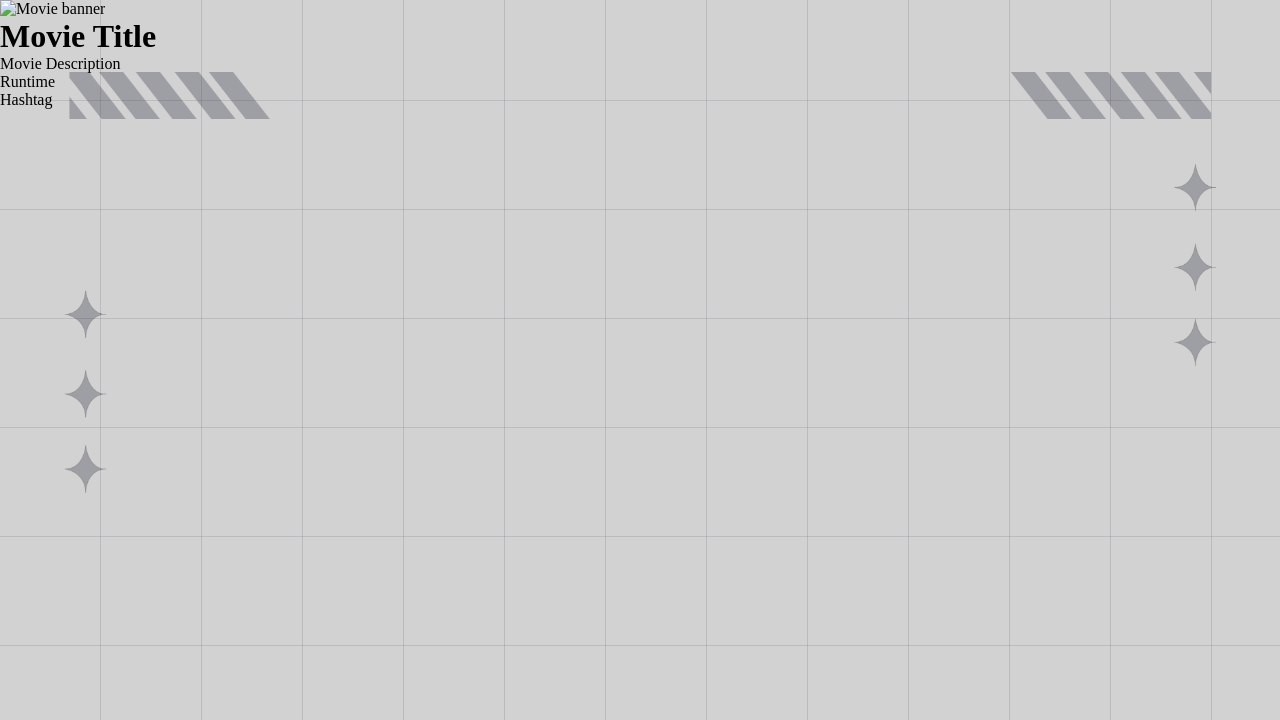
Repository: PEEZYBEE/Movies
Page: index.html
The author's editor kept a copy of each file at every save. The page is drawn from the files as they stood at one save, then again after the next save.
The browser window is 1280 px wide. The pictures show the whole page.
The page's requests for data from a server got no answer.

Above is the page before, as saved 2025-03-25 20:34:53.

### index.html
<!DOCTYPE html>
 <html lang="en">
 <head>
     <meta charset="UTF-8">
     <meta name="viewport" content="width=device-width, initial-scale=1.0">
     <title>Document</title>
     <style>

         *{
             margin: 0;
             padding: 0;
             box-sizing: border-box;
         }
         body{
             background-color: #D2D2D2;
             background-image:
             repeating-linear-gradient(
                 to right, transparent 0 100px,
                 #25283b22 100px 101px
             ),
             repeating-linear-gradient(
                 to bottom, transparent 0 100px,
                 #25283b22 100px 101px
             );
         }

         body::before{
             position: absolute;
             width: min(1400px, 90vw);
             top: 10%;
             left: 50%;
             height: 90%;
             transform: translateX(-50%);
             content: '';
             background-image: url(images/bg.png);
             background-size: 100%;
             background-repeat: no-repeat;
             background-position: top center;
             pointer-events: none;
         }
     </style>
     <link rel="stylesheet" href="styles.css">
 </head>
 <body>

     <div class="container">
        <div id="movie details">
            <img id="banner" src="" alt="Movie banner">
            <h1 id="title">Movie Title</h1>
            <p id="description">Movie Description</p>
            <p id="runtime">Runtime</p>
            <p id="hashtag">Hashtag</p>

        </div>

        <ul id="series">

        </ul>



         <!--<div class="slider" style="--quantity: 10">
             <div class="item" style="--position: 1"><img src="images/dragon.png" alt=""></div>
             <div class="item" style="--position: 3"><img src="images/kingdom.png" alt=""></div>
             <div class="item" style="--position: 4"><img src="images/sails.png" alt=""></div>
             <div class="item" style="--position: 5"><img src="images/thrones.png" alt=""></div>
             <div class="item" style="--position: 6"><img src="images/thrones2.png" alt=""></div>
             <div class="item" style="--position: 7"><img src="images/wall.png" alt=""></div>
             <div class="item" style="--position: 8"><img src="images/bone.png" alt=""></div>
             <div class="item" style="--position: 9"><img src="images/del.png" alt=""></div>
             <div class="item" style="--position: 10"><img src="images/witcher.png" alt=""></div>
             <div class="item" style="--position: 2"><img src="images/fall.png" alt=""></div>
       </div>-->
         <!--<div class="content">
             <h1 data-content="SERIES">SERIES</h1>>

             <div class="author">
                 <h2>OLD IS GOLD</h2>
                 <p><b> #take me back</b></p>

             </div>
             <div class="model"></div>
         </div>
     </div>
     <script src="script.js"></script>
 </body>
 </html>

### styles.css
/*@import url('https://fonts.cdnfonts.com/css/ica-rubrik-black');
 @import url('https://fonts.cdnfonts.com/css/poppins');*/

 .banner{
    width: 100%;
    height: 100vh;
    text-align: center;
    overflow: hidden;
    position: relative;
}
.banner .slider{
    position: absolute;
    width: 200px;
    height: 250px;
    top: 10%;
    left: calc(50% - 100px);
    transform-style: preserve-3d;
    transform: perspective(1000px);
    animation: autoRun 20s linear infinite;
    z-index: 2;
}
@keyframes autoRun{
    from{
        transform: perspective(1000px) rotateX(-16deg) rotateY(0deg);
    }to{
        transform: perspective(1000px) rotateX(-16deg) rotateY(360deg);
    }
}

.banner .slider .item{
    position: absolute;
    inset: 0 0 0 0;
    transform:
        rotateY(calc( (var(--position) - 1) * (360 / var(--quantity)) * 1deg))
        translateZ(550px);
}
.banner .slider .item img{
    width: 100%;
    height: 100%;
    object-fit: cover;
}
.banner .content{
    position: absolute;
    bottom: 0;
    left: 50%;
    transform: translateX(-50%);
    width: min(1400px, 100vw);
    height: max-content;
    padding-bottom: 100px;
    display: flex;
    flex-wrap: wrap;
    justify-content: space-between;
    align-items: center;
    z-index: 1;
}
.banner .content h1{
    font-family: 'ICA Rubrik';
    font-size: 16em;
    line-height: 1em;
    color: #25283B;
    position: relative;
}
.banner .content h1::after{
    position: absolute;
    inset: 0 0 0 0;
    content: attr(data-content);
    z-index: 2;
    -webkit-text-stroke: 2px #d2d2d2;
    color: transparent;
}
.banner .content .author{
    font-family: Poppins;
    text-align: right;
    max-width: 200px;
}
.banner .content h2{
    font-size: 3em;
}
.banner .content .model{
    background-image: url(images/model.png);
    width: 100%;
    height: 75vh;
    position: absolute;
    bottom: 0;
    left: 0;
    background-size: auto 130%;
    background-repeat: no-repeat;
    background-position: top center;
    z-index: 1;
}

### script.js
document.addEventListener("DOMContentLoaded", () => {
    fetch("http://localhost:3000/series") // Fetch series data from the JSON server
        .then(response => {
            if (!response.ok) {
                throw new Error(`HTTP error! Status: ${response.status}`);
            }
            return response.json();
        })
        .then(seriesData => {
            const banner = document.getElementById("banner");
            const title = document.getElementById("title");
            const description = document.getElementById("description");
            const runtime = document.getElementById("runtime");
            const hashtag = document.getElementById("hashtag");
            const seriesList = document.getElementById("series");

            // Function to update the movie details
            function updateSeriesDetails(series) {
                banner.src = series.image;
                banner.alt = series.title;
                title.textContent = series.title;
                description.textContent = series.description;
                runtime.textContent = `Runtime: ${series.runtime}`;
                hashtag.textContent = series.hashtag;
            }

            // Show the first series as default
            if (seriesData.length > 0) {
                updateSeriesDetails(seriesData[0]);
            }

            // Populate the series list dynamically
            seriesList.innerHTML = ""; // Clear existing list
            seriesData.forEach(series => {
                const listItem = document.createElement("li");
                listItem.innerHTML = `
                    <img src="${series.image}" alt="${series.title}" class="series-thumb">
                    <p>${series.title}</p>
                `;

                // When a series is clicked, update the details
                listItem.addEventListener("click", () => {
                    updateSeriesDetails(series);
                });

                seriesList.appendChild(listItem);
            });
        })
        .catch(error => console.error("Error fetching data:", error));
});

After the next save:
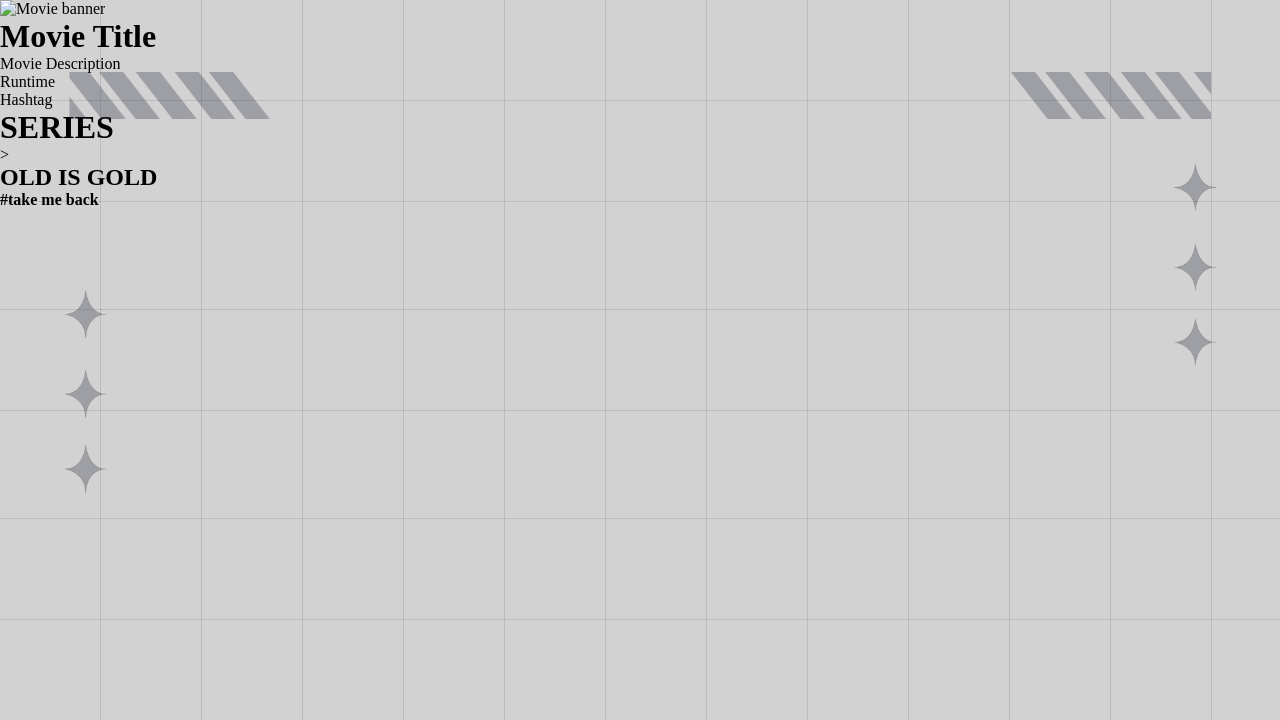
Saved 4 s later.
--- a/index.html
+++ b/index.html
@@ -71,7 +71,7 @@
              <div class="item" style="--position: 10"><img src="images/witcher.png" alt=""></div>
              <div class="item" style="--position: 2"><img src="images/fall.png" alt=""></div>
        </div>-->
-         <!--<div class="content">
+         <div class="content">
              <h1 data-content="SERIES">SERIES</h1>>
 
              <div class="author">

After the save that followed:
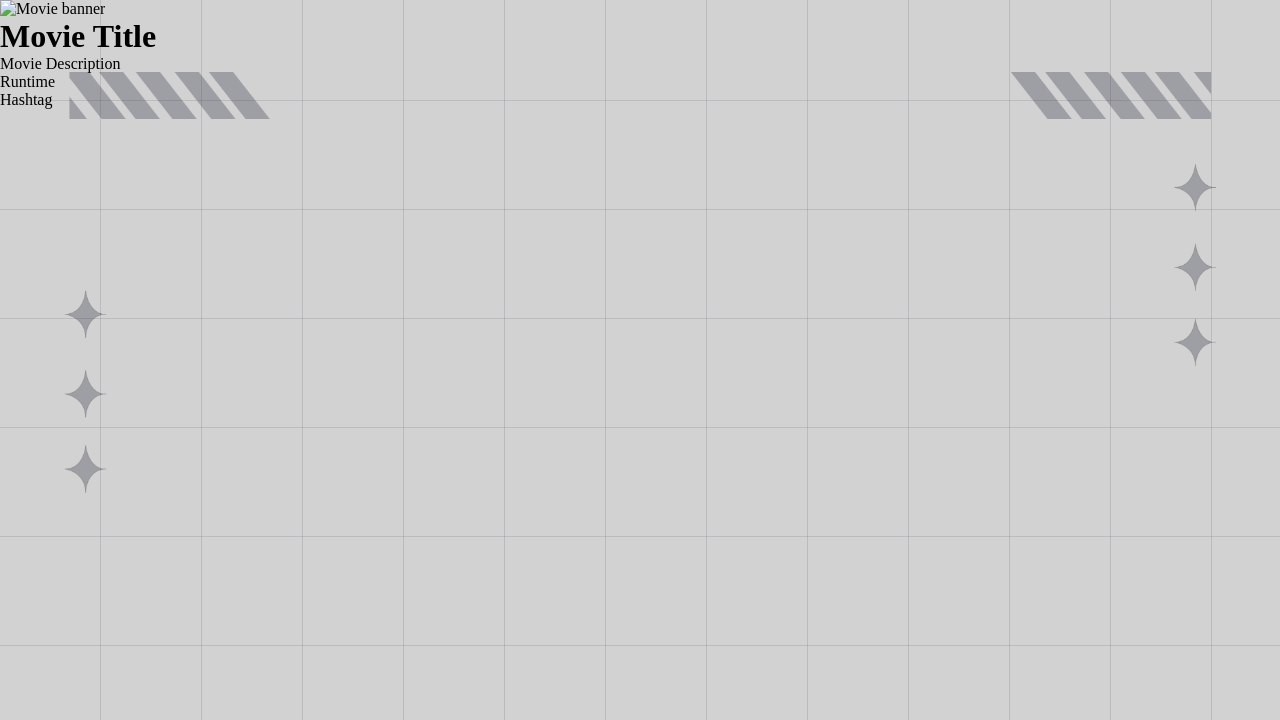
Saved 15 s later.
--- a/index.html
+++ b/index.html
@@ -70,7 +70,7 @@
              <div class="item" style="--position: 9"><img src="images/del.png" alt=""></div>
              <div class="item" style="--position: 10"><img src="images/witcher.png" alt=""></div>
              <div class="item" style="--position: 2"><img src="images/fall.png" alt=""></div>
-       </div>-->
+       </div>
          <div class="content">
              <h1 data-content="SERIES">SERIES</h1>>
 
